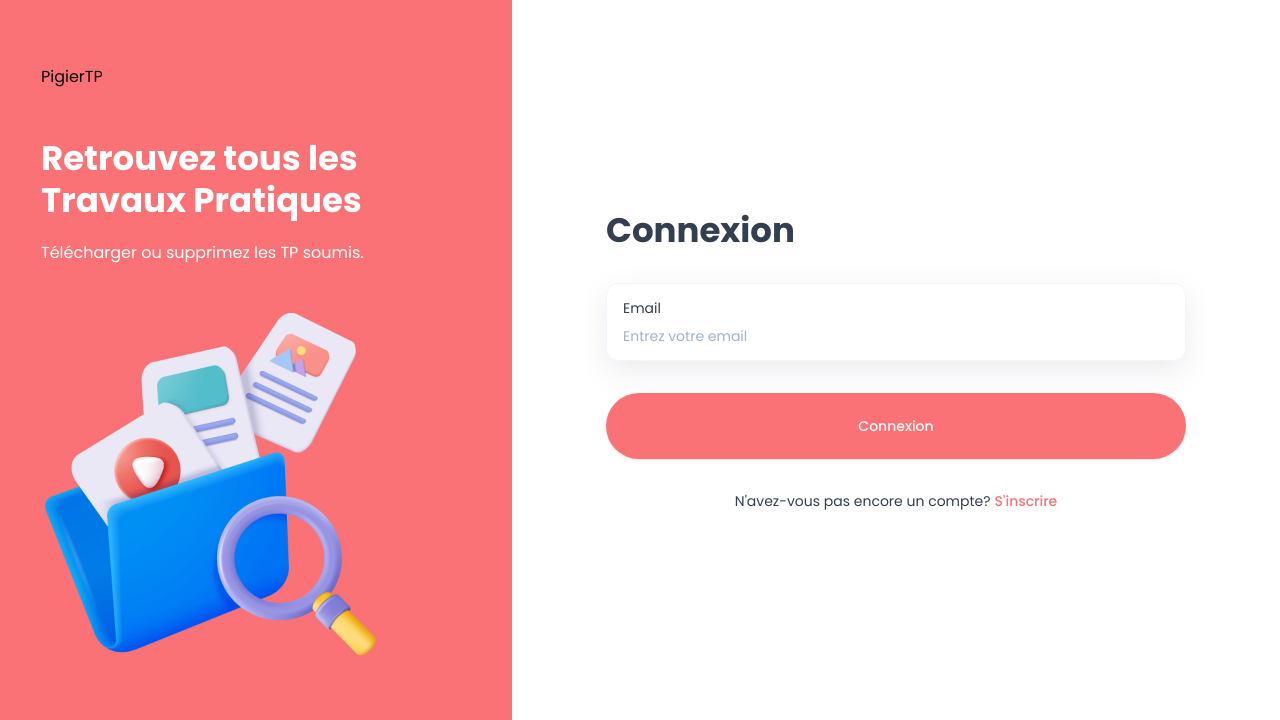
Repository: Tychiq/pigier_tp
Page: /sign-in
An editor plug-in stored every save of this project. The page is shown before and after the next save, followed by the edit.
The browser window is 1280 px wide. The pictures show the whole page.
The page's requests for data from a server got no answer. The project was rebuilt for these pictures with package versions that can differ from the ones it lists, and the page was loaded fresh each time. The framework's server and built-in components were replaced by stand-ins that run in the browser. No one was signed in, and anything a server would have sent is missing. Also part of the build but not shown: next.config.ts, components/ui/alert-dialog.tsx, components/ui/input-otp.tsx, components/OTPModal.tsx.

Above is the page before, as saved 2025-04-29 16:11:42.

### app/layout.tsx
import type { Metadata } from "next";
import { Poppins } from 'next/font/google'

import "./globals.css";

const poppins = Poppins({
    subsets: ['latin'],
    weight: ['100', '200', '300', '400', '500', '600', '700', '800', '900'],
    variable: '--font-poppins',
})

export const metadata: Metadata = {
  title: "PigierTP",
  description: "PigierTP - Tous les Travaux Pratiques.",
};

export default function RootLayout({
  children,
}: Readonly<{
  children: React.ReactNode;
}>) {
  return (
    <html lang="en">
      <body
        className={`${poppins.variable} font-poppins antialiased`}
      >
        {children}
      </body>
    </html>
  );
}

### app/(auth)/layout.tsx
import React from "react";
import Image from "next/image";

const Layout = ({ children }: { children: React.ReactNode }) => {
  return (
    <div className="flex min-h-screen">
      <section className="hidden w-1/2 items-center justify-center bg-brand p-10 lg:flex xl:w-2/5">
        <div className="flex max-h-[800px] max-w-[430px] flex-col justify-center space-y-12">
          <p className="title">PigierTP</p>

          <div className="space-y-5 text-white">
            <h1 className="h1">Retrouvez tous les Travaux Pratiques</h1>
            <p className="body-1">
              Télécharger ou supprimez les TP soumis.
            </p>
          </div>
          <Image
            src="/assets/images/files.png"
            alt="Files"
            width={342}
            height={342}
            className="transition-all hover:rotate-2 hover:scale-105"
          />
        </div>
      </section>

      <section className="flex flex-1 flex-col items-center bg-white p-4 py-10 lg:justify-center lg:p-10 lg:py-0">
        <div className="mb-16 lg:hidden">
          <Image
            src="/assets/icons/logo-full-brand.svg"
            alt="logo"
            width={224}
            height={82}
            className="h-auto w-[200px] lg:w-[250px]"
          />
        </div>

        {children}
      </section>
    </div>
  );
};

export default Layout;

### components/AuthForm.tsx
"use client";

import { z } from "zod";
import { zodResolver } from "@hookform/resolvers/zod";
import { useForm } from "react-hook-form";

import { Button } from "@/components/ui/button";
import {
  Form,
  FormControl,
  FormField,
  FormItem,
  FormLabel,
  FormMessage,
} from "@/components/ui/form";
import { Input } from "@/components/ui/input";
import { useState } from "react";
import Image from "next/image";
import Link from "next/link";
import { createAccount, signInUser } from "@/lib/actions/user.actions";
import OtpModal from "@/components/OTPModal";

type FormType = "sign-in" | "sign-up";

const authFormSchema = (formType: FormType) => {
  return z.object({
    email: z.string().email(),
    fullName:
      formType === "sign-up"
        ? z.string().min(2).max(50)
        : z.string().optional(),
  });
};

const AuthForm = ({ type }: { type: FormType }) => {
  const [isLoading, setIsLoading] = useState(false);
  const [errorMessage, setErrorMessage] = useState("");
  const [accountId, setAccountId] = useState(null);

  const formSchema = authFormSchema(type);
  const form = useForm<z.infer<typeof formSchema>>({
    resolver: zodResolver(formSchema),
    defaultValues: {
      fullName: "",
      email: "",
    },
  });

  const onSubmit = async (values: z.infer<typeof formSchema>) => {
    setIsLoading(true);
    setErrorMessage("");

    try {
      const user =
        type === "sign-up"
          ? await createAccount({
              fullName: values.fullName || "",
              email: values.email,
            })
          : await signInUser({ email: values.email });

      setAccountId(user.accountId);
    } catch {
      setErrorMessage("Echec lors de la création de compte. Réessayez encore.");
    } finally {
      setIsLoading(false);
    }
  };

  return (
    <>
      <Form {...form}>
        <form onSubmit={form.handleSubmit(onSubmit)} className="auth-form">
          <h1 className="form-title">
            {type === "sign-in" ? "Connexion" : "S'inscrire"}
          </h1>
          {type === "sign-up" && (
            <FormField
              control={form.control}
              name="fullName"
              render={({ field }) => (
                <FormItem>
                  <div className="shad-form-item">
                    <FormLabel className="shad-form-label">Nom Complet</FormLabel>

                    <FormControl>
                      <Input
                        placeholder="Entrez votre nom complet"
                        className="shad-input"
                        {...field}
                      />
                    </FormControl>
                  </div>

                  <FormMessage className="shad-form-message" />
                </FormItem>
              )}
            />
          )}

          <FormField
            control={form.control}
            name="email"
            render={({ field }) => (
              <FormItem>
                <div className="shad-form-item">
                  <FormLabel className="shad-form-label">Email</FormLabel>

                  <FormControl>
                    <Input
                      placeholder="Entrez votre email"
                      className="shad-input"
                      {...field}
                    />
                  </FormControl>
                </div>

                <FormMessage className="shad-form-message" />
              </FormItem>
            )}
          />

          <Button
            type="submit"
            className="form-submit-button"
            disabled={isLoading}
          >
            {type === "sign-in" ? "Connexion" : "S'inscrire"}

            {isLoading && (
              <Image
                src="/assets/icons/loader.svg"
                alt="loader"
                width={24}
                height={24}
                className="ml-2 animate-spin"
              />
            )}
          </Button>

          {errorMessage && <p className="error-message">*{errorMessage}</p>}

          <div className="body-2 flex justify-center">
            <p className="text-light-100">
              {type === "sign-in"
                ? "N'avez-vous pas encore un compte?"
                : "Déja enregistré(e)?"}
            </p>
            <Link
              href={type === "sign-in" ? "/sign-up" : "/sign-in"}
              className="ml-1 font-medium text-brand"
            >
              {" "}
              {type === "sign-in" ? "S'inscrire" : "Connexion"}
            </Link>
          </div>
        </form>
      </Form>

      {accountId && (
        <OtpModal email={form.getValues("email")} accountId={accountId} />
      )}
    </>
  );
};

export default AuthForm;

### components/ui/button.tsx
import * as React from "react"
import { Slot } from "@radix-ui/react-slot"
import { cva, type VariantProps } from "class-variance-authority"

import { cn } from "@/lib/utils"

const buttonVariants = cva(
  "inline-flex items-center justify-center gap-2 whitespace-nowrap rounded-md text-sm font-medium transition-colors focus-visible:outline-none focus-visible:ring-1 focus-visible:ring-ring disabled:pointer-events-none disabled:opacity-50 [&_svg]:pointer-events-none [&_svg]:size-4 [&_svg]:shrink-0",
  {
    variants: {
      variant: {
        default:
          "bg-primary text-primary-foreground shadow hover:bg-primary/90",
        destructive:
          "bg-destructive text-destructive-foreground shadow-sm hover:bg-destructive/90",
        outline:
          "border border-input bg-background shadow-sm hover:bg-accent hover:text-accent-foreground",
        secondary:
          "bg-secondary text-secondary-foreground shadow-sm hover:bg-secondary/80",
        ghost: "hover:bg-accent hover:text-accent-foreground",
        link: "text-primary underline-offset-4 hover:underline",
      },
      size: {
        default: "h-9 px-4 py-2",
        sm: "h-8 rounded-md px-3 text-xs",
        lg: "h-10 rounded-md px-8",
        icon: "h-9 w-9",
      },
    },
    defaultVariants: {
      variant: "default",
      size: "default",
    },
  }
)

export interface ButtonProps
  extends React.ButtonHTMLAttributes<HTMLButtonElement>,
    VariantProps<typeof buttonVariants> {
  asChild?: boolean
}

const Button = React.forwardRef<HTMLButtonElement, ButtonProps>(
  ({ className, variant, size, asChild = false, ...props }, ref) => {
    const Comp = asChild ? Slot : "button"
    return (
      <Comp
        className={cn(buttonVariants({ variant, size, className }))}
        ref={ref}
        {...props}
      />
    )
  }
)
Button.displayName = "Button"

export { Button, buttonVariants }

### components/ui/form.tsx
"use client"

import * as React from "react"
import * as LabelPrimitive from "@radix-ui/react-label"
import { Slot } from "@radix-ui/react-slot"
import {
  Controller,
  ControllerProps,
  FieldPath,
  FieldValues,
  FormProvider,
  useFormContext,
} from "react-hook-form"

import { cn } from "@/lib/utils"
import { Label } from "@/components/ui/label"

const Form = FormProvider

type FormFieldContextValue<
  TFieldValues extends FieldValues = FieldValues,
  TName extends FieldPath<TFieldValues> = FieldPath<TFieldValues>
> = {
  name: TName
}

const FormFieldContext = React.createContext<FormFieldContextValue>(
  {} as FormFieldContextValue
)

const FormField = <
  TFieldValues extends FieldValues = FieldValues,
  TName extends FieldPath<TFieldValues> = FieldPath<TFieldValues>
>({
  ...props
}: ControllerProps<TFieldValues, TName>) => {
  return (
    <FormFieldContext.Provider value={{ name: props.name }}>
      <Controller {...props} />
    </FormFieldContext.Provider>
  )
}

const useFormField = () => {
  const fieldContext = React.useContext(FormFieldContext)
  const itemContext = React.useContext(FormItemContext)
  const { getFieldState, formState } = useFormContext()

  const fieldState = getFieldState(fieldContext.name, formState)

  if (!fieldContext) {
    throw new Error("useFormField should be used within <FormField>")
  }

  const { id } = itemContext

  return {
    id,
    name: fieldContext.name,
    formItemId: `${id}-form-item`,
    formDescriptionId: `${id}-form-item-description`,
    formMessageId: `${id}-form-item-message`,
    ...fieldState,
  }
}

type FormItemContextValue = {
  id: string
}

const FormItemContext = React.createContext<FormItemContextValue>(
  {} as FormItemContextValue
)

const FormItem = React.forwardRef<
  HTMLDivElement,
  React.HTMLAttributes<HTMLDivElement>
>(({ className, ...props }, ref) => {
  const id = React.useId()

  return (
    <FormItemContext.Provider value={{ id }}>
      <div ref={ref} className={cn("space-y-2", className)} {...props} />
    </FormItemContext.Provider>
  )
})
FormItem.displayName = "FormItem"

const FormLabel = React.forwardRef<
  React.ElementRef<typeof LabelPrimitive.Root>,
  React.ComponentPropsWithoutRef<typeof LabelPrimitive.Root>
>(({ className, ...props }, ref) => {
  const { error, formItemId } = useFormField()

  return (
    <Label
      ref={ref}
      className={cn(error && "text-destructive", className)}
      htmlFor={formItemId}
      {...props}
    />
  )
})
FormLabel.displayName = "FormLabel"

const FormControl = React.forwardRef<
  React.ElementRef<typeof Slot>,
  React.ComponentPropsWithoutRef<typeof Slot>
>(({ ...props }, ref) => {
  const { error, formItemId, formDescriptionId, formMessageId } = useFormField()

  return (
    <Slot
      ref={ref}
      id={formItemId}
      aria-describedby={
        !error
          ? `${formDescriptionId}`
          : `${formDescriptionId} ${formMessageId}`
      }
      aria-invalid={!!error}
      {...props}
    />
  )
})
FormControl.displayName = "FormControl"

const FormDescription = React.forwardRef<
  HTMLParagraphElement,
  React.HTMLAttributes<HTMLParagraphElement>
>(({ className, ...props }, ref) => {
  const { formDescriptionId } = useFormField()

  return (
    <p
      ref={ref}
      id={formDescriptionId}
      className={cn("text-[0.8rem] text-muted-foreground", className)}
      {...props}
    />
  )
})
FormDescription.displayName = "FormDescription"

const FormMessage = React.forwardRef<
  HTMLParagraphElement,
  React.HTMLAttributes<HTMLParagraphElement>
>(({ className, children, ...props }, ref) => {
  const { error, formMessageId } = useFormField()
  const body = error ? String(error?.message) : children

  if (!body) {
    return null
  }

  return (
    <p
      ref={ref}
      id={formMessageId}
      className={cn("text-[0.8rem] font-medium text-destructive", className)}
      {...props}
    >
      {body}
    </p>
  )
})
FormMessage.displayName = "FormMessage"

export {
  useFormField,
  Form,
  FormItem,
  FormLabel,
  FormControl,
  FormDescription,
  FormMessage,
  FormField,
}

### components/ui/input.tsx
import * as React from "react"

import { cn } from "@/lib/utils"

export interface InputProps
  extends React.InputHTMLAttributes<HTMLInputElement> {}

const Input = React.forwardRef<HTMLInputElement, InputProps>(
  ({ className, type, ...props }, ref) => {
    return (
      <input
        type={type}
        className={cn(
          "flex h-9 w-full rounded-md border border-input bg-transparent px-3 py-1 text-sm shadow-sm transition-colors file:border-0 file:bg-transparent file:text-sm file:font-medium file:text-foreground placeholder:text-muted-foreground focus-visible:outline-none focus-visible:ring-1 focus-visible:ring-ring disabled:cursor-not-allowed disabled:opacity-50",
          className
        )}
        ref={ref}
        {...props}
      />
    )
  }
)
Input.displayName = "Input"

export { Input }

### lib/actions/user.actions.ts
"use server";

import { createAdminClient, createSessionClient } from "@/lib/appwrite";
import { appwriteConfig } from "@/lib/appwrite/config";
import { Query, ID } from "node-appwrite";
import { parseStringify } from "@/lib/utils";
import { cookies } from "next/headers";
import { avatarPlaceholderUrl } from "@/constants";
import { redirect } from "next/navigation";

const getUserByEmail = async (email: string) => {
  const { databases } = await createAdminClient();

  const result = await databases.listDocuments(
    appwriteConfig.databaseId,
    appwriteConfig.usersCollectionId,
    [Query.equal("email", [email])],
  );

  return result.total > 0 ? result.documents[0] : null;
};

const handleError = (error: unknown, message: string) => {
  console.log(error, message);
  throw error;
};

export const sendEmailOTP = async ({ email }: { email: string }) => {
  const { account } = await createAdminClient();

  try {
    const session = await account.createEmailToken(ID.unique(), email);

    return session.userId;
  } catch (error) {
    handleError(error, "Erreur lors de l'envoi de l'OTP");
  }
};

export const createAccount = async ({
  fullName,
  email,
}: {
  fullName: string;
  email: string;
}) => {
  const existingUser = await getUserByEmail(email);

  const accountId = await sendEmailOTP({ email });
  if (!accountId) throw new Error("Erreur lors de l'envoi de l'OTP");

  if (!existingUser) {
    const { databases } = await createAdminClient();

    await databases.createDocument(
      appwriteConfig.databaseId,
      appwriteConfig.usersCollectionId,
      ID.unique(),
      {
        fullName,
        email,
        avatar: avatarPlaceholderUrl,
        accountId,
      },
    );
  }

  return parseStringify({ accountId });
};

export const verifySecret = async ({
  accountId,
  password,
}: {
  accountId: string;
  password: string;
}) => {
  try {
    const { account } = await createAdminClient();

    const session = await account.createSession(accountId, password);

    (await cookies()).set("appwrite-session", session.secret, {
      path: "/",
      httpOnly: true,
      sameSite: "strict",
      secure: true,
    });

    return parseStringify({ sessionId: session.$id });
  } catch (error) {
    handleError(error, "Echec de vérification de l'OTP");
  }
};

export const getCurrentUser = async () => {
  try {
    const { databases, account } = await createSessionClient();

    const result = await account.get();

    const user = await databases.listDocuments(
      appwriteConfig.databaseId,
      appwriteConfig.usersCollectionId,
      [Query.equal("accountId", result.$id)],
    );

    if (user.total <= 0) return null;

    return parseStringify(user.documents[0]);
  } catch (error) {
    console.log(error);
  }
};

export const signOutUser = async () => {
  const { account } = await createSessionClient();

  try {
    await account.deleteSession("current");
    (await cookies()).delete("appwrite-session");
  } catch (error) {
    handleError(error, "Echec lors de la déconnexion");
  } finally {
    redirect("/sign-in");
  }
};

export const signInUser = async ({ email }: { email: string }) => {
  try {
    const existingUser = await getUserByEmail(email);

    // User exists, send OTP
    if (existingUser) {
      await sendEmailOTP({ email });
      return parseStringify({ accountId: existingUser.accountId });
    }

    return parseStringify({ accountId: null, error: "Utilisateur non identifié(e)" });
  } catch (error) {
    handleError(error, "Erreur lors de l'enregistrement de l'utilisateur");
  }
};

### components/ui/label.tsx
"use client"

import * as React from "react"
import * as LabelPrimitive from "@radix-ui/react-label"
import { cva, type VariantProps } from "class-variance-authority"

import { cn } from "@/lib/utils"

const labelVariants = cva(
  "text-sm font-medium leading-none peer-disabled:cursor-not-allowed peer-disabled:opacity-70"
)

const Label = React.forwardRef<
  React.ElementRef<typeof LabelPrimitive.Root>,
  React.ComponentPropsWithoutRef<typeof LabelPrimitive.Root> &
    VariantProps<typeof labelVariants>
>(({ className, ...props }, ref) => (
  <LabelPrimitive.Root
    ref={ref}
    className={cn(labelVariants(), className)}
    {...props}
  />
))
Label.displayName = LabelPrimitive.Root.displayName

export { Label }

### constants/index.ts
export const navItems = [
  {
    name: "Dashboard",
    icon: "/assets/icons/dashboard.svg",
    url: "/",
  },
  {
    name: "Documents",
    icon: "/assets/icons/documents.svg",
    url: "/documents",
  },
  {
    name: "Images",
    icon: "/assets/icons/images.svg",
    url: "/images",
  },
  {
    name: "Médias",
    icon: "/assets/icons/video.svg",
    url: "/media",
  },
  {
    name: "Autres",
    icon: "/assets/icons/others.svg",
    url: "/others",
  },
];

export const actionsDropdownItems = [
  {
    label: "Rename",
    icon: "/assets/icons/edit.svg",
    value: "rename",
  },
  {
    label: "Details",
    icon: "/assets/icons/info.svg",
    value: "details",
  },
  {
    label: "Share",
    icon: "/assets/icons/share.svg",
    value: "share",
  },
  {
    label: "Download",
    icon: "/assets/icons/download.svg",
    value: "download",
  },
  {
    label: "Delete",
    icon: "/assets/icons/delete.svg",
    value: "delete",
  },
];

export const sortTypes = [
  {
    label: "Date created (newest)",
    value: "$createdAt-desc",
  },
  {
    label: "Created Date (oldest)",
    value: "$createdAt-asc",
  },
  {
    label: "Name (A-Z)",
    value: "name-asc",
  },
  {
    label: "Name (Z-A)",
    value: "name-desc",
  },
  {
    label: "Size (Highest)",
    value: "size-desc",
  },
  {
    label: "Size (Lowest)",
    value: "size-asc",
  },
];

export const avatarPlaceholderUrl =
  "https://img.freepik.com/free-psd/3d-illustration-person-with-sunglasses_23-2149436188.jpg";

export const MAX_FILE_SIZE = 50 * 1024 * 1024; // 50MB

### tailwind.config.ts
import type { Config } from "tailwindcss";

const config: Config = {
  darkMode: ["class"],
  content: [
    "./pages/**/*.{js,ts,jsx,tsx,mdx}",
    "./components/**/*.{js,ts,jsx,tsx,mdx}",
    "./app/**/*.{js,ts,jsx,tsx,mdx}",
  ],
  theme: {
  	extend: {
  		colors: {
  			brand: {
  				'100': '#EA6365',
  				DEFAULT: '#FA7275'
  			},
  			red: '#FF7474',
  			error: '#b80000',
  			green: '#3DD9B3',
  			blue: '#56B8FF',
  			pink: '#EEA8FD',
  			orange: '#F9AB72',
  			light: {
  				'100': '#333F4E',
  				'200': '#A3B2C7',
  				'300': '#F2F5F9',
  				'400': '#F2F4F8'
  			},
  			dark: {
  				'100': '#04050C',
  				'200': '#131524'
  			},
  			background: 'hsl(var(--background))',
  			foreground: 'hsl(var(--foreground))',
  			card: {
  				DEFAULT: 'hsl(var(--card))',
  				foreground: 'hsl(var(--card-foreground))'
  			},
  			popover: {
  				DEFAULT: 'hsl(var(--popover))',
  				foreground: 'hsl(var(--popover-foreground))'
  			},
  			primary: {
  				DEFAULT: 'hsl(var(--primary))',
  				foreground: 'hsl(var(--primary-foreground))'
  			},
  			secondary: {
  				DEFAULT: 'hsl(var(--secondary))',
  				foreground: 'hsl(var(--secondary-foreground))'
  			},
  			muted: {
  				DEFAULT: 'hsl(var(--muted))',
  				foreground: 'hsl(var(--muted-foreground))'
  			},
  			accent: {
  				DEFAULT: 'hsl(var(--accent))',
  				foreground: 'hsl(var(--accent-foreground))'
  			},
  			destructive: {
  				DEFAULT: 'hsl(var(--destructive))',
  				foreground: 'hsl(var(--destructive-foreground))'
  			},
  			border: 'hsl(var(--border))',
  			input: 'hsl(var(--input))',
  			ring: 'hsl(var(--ring))',
  			chart: {
  				'1': 'hsl(var(--chart-1))',
  				'2': 'hsl(var(--chart-2))',
  				'3': 'hsl(var(--chart-3))',
  				'4': 'hsl(var(--chart-4))',
  				'5': 'hsl(var(--chart-5))'
  			}
  		},
  		fontFamily: {
  			poppins: ["var(--font-poppins)"]
  		},
  		boxShadow: {
  			'drop-1': '0px 10px 30px 0px rgba(66, 71, 97, 0.1)',
  			'drop-2': '0 8px 30px 0 rgba(65, 89, 214, 0.3)',
  			'drop-3': '0 8px 30px 0 rgba(65, 89, 214, 0.1)'
  		},
  		borderRadius: {
  			lg: 'var(--radius)',
  			md: 'calc(var(--radius) - 2px)',
  			sm: 'calc(var(--radius) - 4px)'
  		},
  		keyframes: {
  			'caret-blink': {
  				'0%,70%,100%': {
  					opacity: '1'
  				},
  				'20%,50%': {
  					opacity: '0'
  				}
  			}
  		},
  		animation: {
  			'caret-blink': 'caret-blink 1.25s ease-out infinite'
  		}
  	}
  },
  // eslint-disable-next-line @typescript-eslint/no-require-imports
  plugins: [require("tailwindcss-animate")],
};
export default config;

Loaded but not shown: app/(auth)/sign-in/page.tsx (common file); app/globals.css (common file); lib/appwrite/index.ts (common file); lib/appwrite/config.ts (common file); lib/utils.ts (236 lines, source omitted)

After the next save:
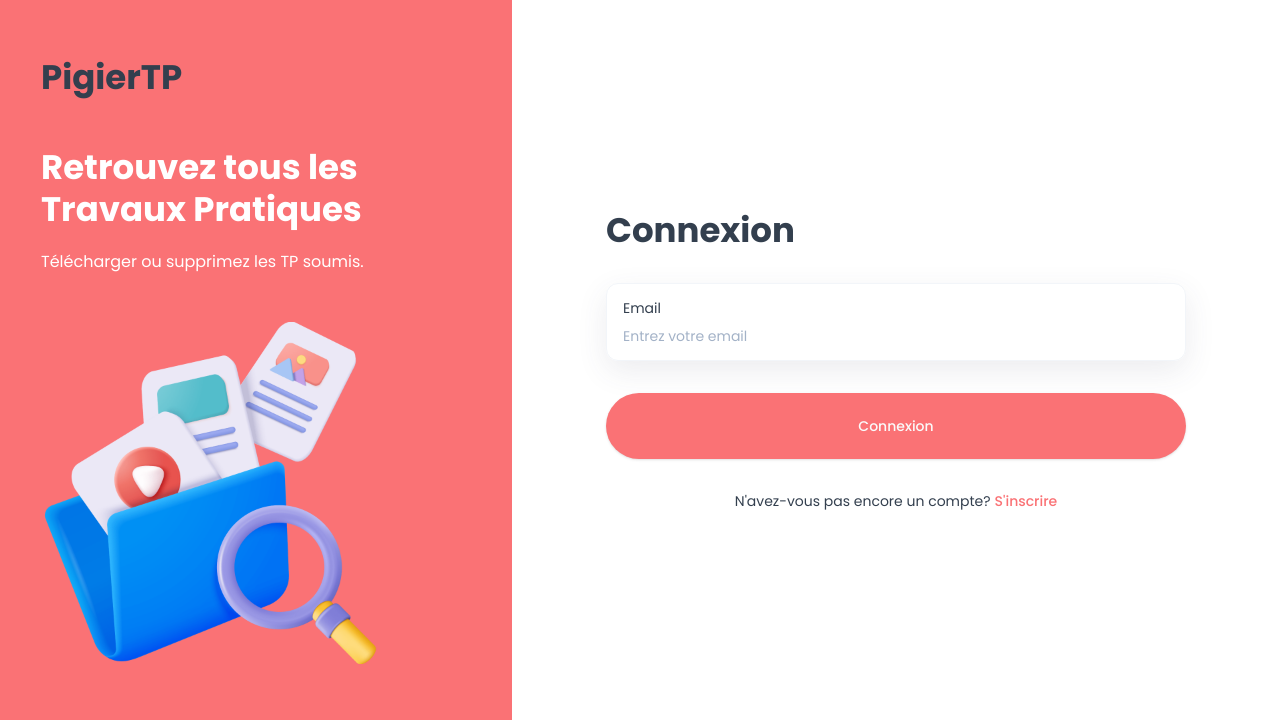
Saved 28 s later.
--- a/app/(auth)/layout.tsx
+++ b/app/(auth)/layout.tsx
@@ -6,7 +6,7 @@ const Layout = ({ children }: { children: React.ReactNode }) => {
     <div className="flex min-h-screen">
       <section className="hidden w-1/2 items-center justify-center bg-brand p-10 lg:flex xl:w-2/5">
         <div className="flex max-h-[800px] max-w-[430px] flex-col justify-center space-y-12">
-          <p className="title">PigierTP</p>
+          <p className="form-title">PigierTP</p>
 
           <div className="space-y-5 text-white">
             <h1 className="h1">Retrouvez tous les Travaux Pratiques</h1>
